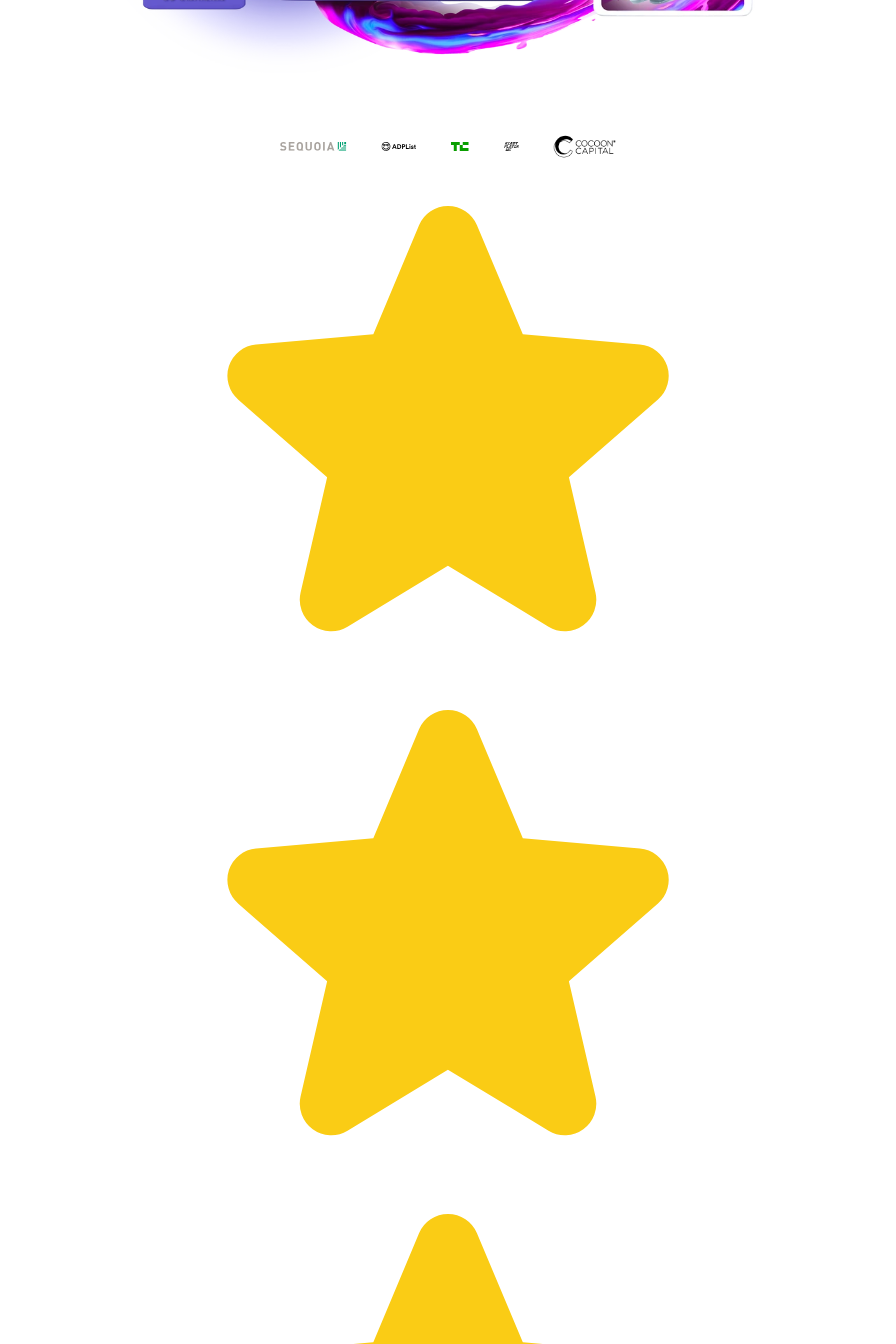
Repository: xd25vn/PROJECT-TEST-XDX25VN
Page: index.html
An editor plug-in stored every save of this project. The page is shown before and after the next save, followed by the edit.
The browser window is 1280 px wide. The pictures show the part of the page from y = 766 to 2686 px (the page is 4635 px tall before and 1100 px after), at 70% of full size.

Above is the page before, as saved 2023-09-07 21:32:39.

After the next save:
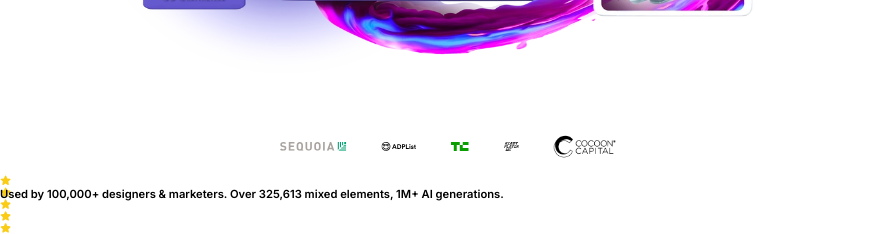
Saved 7 s later.
--- a/assets/main.css
+++ b/assets/main.css
@@ -165,7 +165,7 @@
     margin-right: 50px;
 }
 
-.brand-rate .rating svg {
+.brand-rate .rating .number-rate {
     width: 16px;
     height: 17px;
 }
